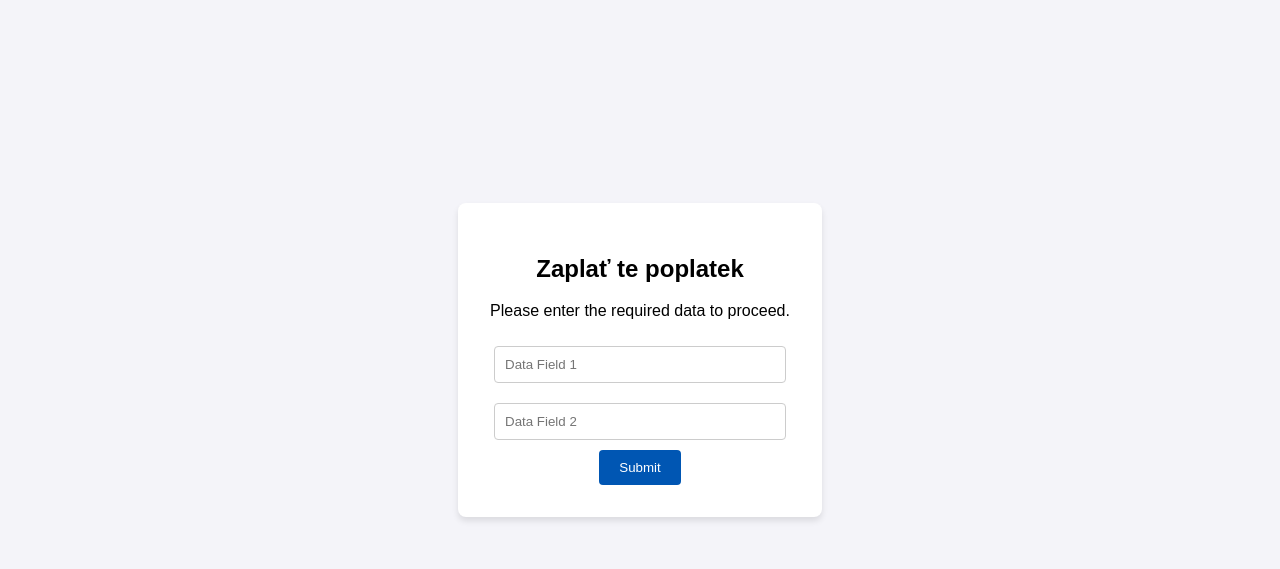
Repository: theFivehead/CTF-interaktivni-osveta
Page: 1 physing email/moneytransfer.html
The author's editor kept a copy of each file at every save. The page is drawn from the files as they stood at one save, then again after the next save.
The browser window is 1280 px wide. The pictures show the whole page.

Above is the page before, as saved 2026-03-12 12:20:56.

After the next save:
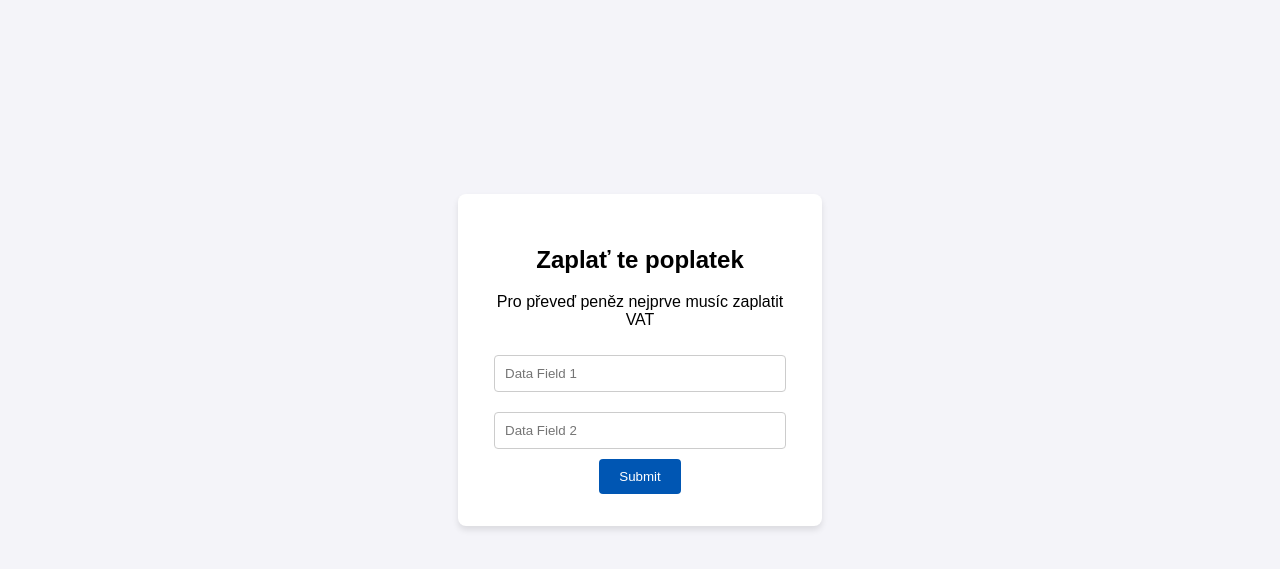
Saved 36 s later.
--- a/1 physing email/moneytransfer.html
+++ b/1 physing email/moneytransfer.html
@@ -49,7 +49,7 @@
 
     <div id="input-section" class="container">
         <h2>Zaplať te poplatek</h2>
-        <p>Please enter the required data to proceed.</p>
+        <p>Pro převeď peněz nejprve musíc zaplatit VAT</p>
 
         <input type="text" id="dataField1" placeholder="Data Field 1">
         <input type="text" id="dataField2" placeholder="Data Field 2">
